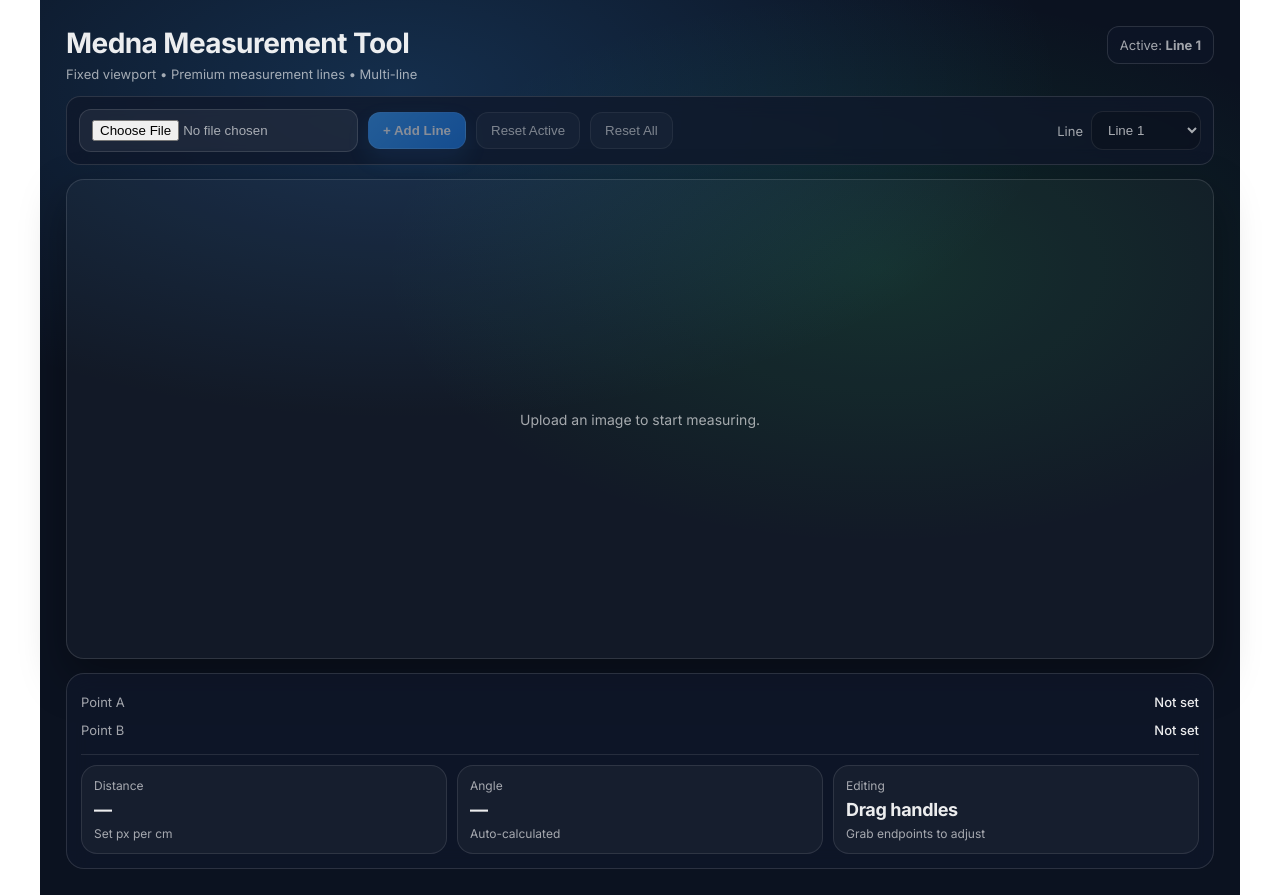
Repository: Sumaiya43/medna-tools
Page: /
An editor plug-in stored every save of this project. The page is shown before and after the next save, followed by the edit.
The browser window is 1280 px wide. The pictures show the whole page.
The project was rebuilt for these pictures with package versions that can differ from the ones it lists, and the page was loaded fresh each time. The framework's server and built-in components were replaced by stand-ins that run in the browser. Also part of the build but not shown: next.config.mjs.

Above is the page before, as saved 2026-02-26 16:58:57.

### src/app/layout.js
import { Geist, Geist_Mono } from "next/font/google";
import "./globals.css";

const geistSans = Geist({
  variable: "--font-geist-sans",
  subsets: ["latin"],
});

const geistMono = Geist_Mono({
  variable: "--font-geist-mono",
  subsets: ["latin"],
});

export const metadata = {
  title: "Medna Medical Equipment",
  description:
    "Medna Medical Equipment is a leading provider of high-quality medical equipment and supplies. We offer a wide range of products to meet the needs of healthcare professionals and institutions. Our commitment to excellence and customer satisfaction sets us apart in the industry.",
};

export default function RootLayout({ children }) {
  return (
    <html lang="en">
      <body className={`${geistSans.variable} ${geistMono.variable}`}>
        {children}
      </body>
    </html>
  );
}

### src/app/page.js
"use client";

import { useEffect, useRef, useState } from "react";
import styles from "./page.module.css";

export default function Home() {
  const canvasRef = useRef(null);

  const [imgObj, setImgObj] = useState(null);

  // Multi-line tool
  const [lines, setLines] = useState([{ A: null, B: null }]);
  const [activeIndex, setActiveIndex] = useState(0);

  // Drag: which line + which point
  const [drag, setDrag] = useState({ lineIndex: null, point: null });

  // Calibration (px per 1 cm)
  const [pxPerCm, setPxPerCm] = useState(100);

  // View transform for "fit image into fixed canvas"
  // scale + offsets tell us how image is drawn inside the canvas
  const viewRef = useRef({ scale: 1, offX: 0, offY: 0, drawW: 0, drawH: 0 });

  const dotSize = 9; // handles
  const grabPadding = 10; // easy to grab

  // -------- Helpers --------
  function dist(p1, p2) {
    const dx = p1.x - p2.x;
    const dy = p1.y - p2.y;
    return Math.sqrt(dx * dx + dy * dy);
  }

  function hitTest(point, dotCenter) {
    if (!dotCenter) return false;
    return dist(point, dotCenter) <= dotSize + grabPadding;
  }

  function lineColor(i) {
    const colors = ["#3AA0FF", "#22C55E", "#F97316", "#A855F7", "#EF4444"];
    return colors[i % colors.length];
  }

  // Convert mouse position (canvas space) -> image space
  function canvasToImagePoint(e) {
    const canvas = canvasRef.current;
    const rect = canvas.getBoundingClientRect();

    // mouse in CSS pixels
    const cx = e.clientX - rect.left;
    const cy = e.clientY - rect.top;

    const { scale, offX, offY } = viewRef.current;

    // image coords = (canvas coords - offset) / scale
    const x = (cx - offX) / scale;
    const y = (cy - offY) / scale;

    return { x, y };
  }

  // Clamp point to image bounds (so user can’t drag outside)
  function clampToImage(p) {
    if (!imgObj) return p;
    return {
      x: Math.max(0, Math.min(imgObj.width, p.x)),
      y: Math.max(0, Math.min(imgObj.height, p.y)),
    };
  }

  // -------- Drawing --------
  function drawAll() {
    const canvas = canvasRef.current;
    if (!canvas || !imgObj) return;

    const ctx = canvas.getContext("2d");
    if (!ctx) return;

    // Fixed viewport size based on CSS box
    const rect = canvas.getBoundingClientRect();
    const dpr = window.devicePixelRatio || 1;

    // Make drawing crisp on retina screens
    canvas.width = Math.round(rect.width * dpr);
    canvas.height = Math.round(rect.height * dpr);
    ctx.setTransform(dpr, 0, 0, dpr, 0, 0); // draw using CSS pixel units

    // Background (premium)
    ctx.clearRect(0, 0, rect.width, rect.height);
    ctx.fillStyle = "#0b1220";
    ctx.fillRect(0, 0, rect.width, rect.height);

    // Fit image into canvas (contain)
    const scale = Math.min(
      rect.width / imgObj.width,
      rect.height / imgObj.height,
    );
    const drawW = imgObj.width * scale;
    const drawH = imgObj.height * scale;
    const offX = (rect.width - drawW) / 2;
    const offY = (rect.height - drawH) / 2;

    // Save transform for click mapping
    viewRef.current = { scale, offX, offY, drawW, drawH };

    // Draw image (slightly softened)
    ctx.save();
    ctx.globalAlpha = 0.98;
    ctx.drawImage(imgObj, offX, offY, drawW, drawH);
    ctx.restore();

    // Subtle vignette overlay (premium look)
    ctx.save();
    const g = ctx.createRadialGradient(
      rect.width / 2,
      rect.height / 2,
      Math.min(rect.width, rect.height) * 0.2,
      rect.width / 2,
      rect.height / 2,
      Math.min(rect.width, rect.height) * 0.75,
    );
    g.addColorStop(0, "rgba(0,0,0,0)");
    g.addColorStop(1, "rgba(0,0,0,0.35)");
    ctx.fillStyle = g;
    ctx.fillRect(0, 0, rect.width, rect.height);
    ctx.restore();

    // Draw all lines (premium)
    lines.forEach((ln, i) => {
      const { A, B } = ln;
      if (!A || !B) return;

      // Convert image coords -> canvas coords for drawing
      const Ax = offX + A.x * scale;
      const Ay = offY + A.y * scale;
      const Bx = offX + B.x * scale;
      const By = offY + B.y * scale;

      const base = lineColor(i);

      // Glow under-line
      ctx.save();
      ctx.beginPath();
      ctx.moveTo(Ax, Ay);
      ctx.lineTo(Bx, By);
      ctx.lineWidth = 8;
      ctx.lineCap = "round";
      ctx.strokeStyle = base;
      ctx.globalAlpha = 0.18;
      ctx.shadowBlur = 18;
      ctx.shadowColor = base;
      ctx.stroke();
      ctx.restore();

      // Main line with gradient
      ctx.save();
      const grad = ctx.createLinearGradient(Ax, Ay, Bx, By);
      grad.addColorStop(0, "rgba(255,255,255,0.9)");
      grad.addColorStop(0.25, base);
      grad.addColorStop(1, "rgba(255,255,255,0.65)");

      ctx.beginPath();
      ctx.moveTo(Ax, Ay);
      ctx.lineTo(Bx, By);
      ctx.lineWidth = 4;
      ctx.lineCap = "round";
      ctx.strokeStyle = grad;
      ctx.shadowBlur = 6;
      ctx.shadowColor = "rgba(0,0,0,0.35)";
      ctx.stroke();
      ctx.restore();

      // Handles (premium ring)
      drawHandle(ctx, Ax, Ay, i === activeIndex);
      drawHandle(ctx, Bx, By, i === activeIndex);

      // Measurement label bubble (premium)
      const midX = (Ax + Bx) / 2;
      const midY = (Ay + By) / 2;

      const dx = B.x - A.x;
      const dy = B.y - A.y;
      const distancePx = Math.sqrt(dx * dx + dy * dy);
      const angleDeg = (Math.atan2(dy, dx) * 180) / Math.PI;

      const cm = pxPerCm > 0 ? distancePx / pxPerCm : null;
    });

    // If active line has only A (first click), draw a small crosshair at A
    const active = lines[activeIndex];
    if (active?.A && !active?.B) {
      const Ax = offX + active.A.x * scale;
      const Ay = offY + active.A.y * scale;
      drawCrosshair(ctx, Ax, Ay);
    }
  }

  function drawHandle(ctx, x, y, isActive) {
    ctx.save();

    // Outer ring
    ctx.beginPath();
    ctx.arc(x, y, isActive ? 10 : 9, 0, Math.PI * 2);
    ctx.fillStyle = "rgba(255,255,255,0.10)";
    ctx.fill();

    ctx.lineWidth = 2;
    ctx.strokeStyle = isActive
      ? "rgba(255,255,255,0.85)"
      : "rgba(255,255,255,0.55)";
    ctx.stroke();

    // Inner dot
    ctx.beginPath();
    ctx.arc(x, y, isActive ? 4.5 : 4, 0, Math.PI * 2);
    ctx.fillStyle = "rgba(255,255,255,0.9)";
    ctx.fill();

    ctx.restore();
  }

  function drawLabel(ctx, x, y, text, accent) {
    ctx.save();
    ctx.font = "12px Inter, Arial";
    ctx.textBaseline = "middle";

    const padX = 10;
    const padY = 8;
    const textW = ctx.measureText(text).width;
    const boxW = textW + padX * 2;
    const boxH = 28;

    const bx = x - boxW / 2;
    const by = y - 34; // above the line

    // Background bubble
    ctx.fillStyle = "rgba(15, 23, 42, 0.85)";
    ctx.strokeStyle = "rgba(255,255,255,0.18)";
    ctx.lineWidth = 1;

    roundRect(ctx, bx, by, boxW, boxH, 10);
    ctx.fill();
    ctx.stroke();

    // Accent bar
    ctx.fillStyle = accent;
    roundRect(ctx, bx + 6, by + 6, 4, boxH - 12, 4);
    ctx.fill();

    // Text
    ctx.fillStyle = "rgba(255,255,255,0.92)";
    ctx.fillText(text, bx + padX + 6, by + boxH / 2);

    ctx.restore();
  }

  function drawCrosshair(ctx, x, y) {
    ctx.save();
    ctx.strokeStyle = "rgba(255,255,255,0.6)";
    ctx.lineWidth = 1;
    ctx.beginPath();
    ctx.moveTo(x - 12, y);
    ctx.lineTo(x + 12, y);
    ctx.moveTo(x, y - 12);
    ctx.lineTo(x, y + 12);
    ctx.stroke();
    ctx.restore();
  }

  function roundRect(ctx, x, y, w, h, r) {
    const rr = Math.min(r, w / 2, h / 2);
    ctx.beginPath();
    ctx.moveTo(x + rr, y);
    ctx.arcTo(x + w, y, x + w, y + h, rr);
    ctx.arcTo(x + w, y + h, x, y + h, rr);
    ctx.arcTo(x, y + h, x, y, rr);
    ctx.arcTo(x, y, x + w, y, rr);
    ctx.closePath();
  }

  // Redraw whenever lines / activeIndex / image / pxPerCm changes
  useEffect(() => {
    drawAll();
    // eslint-disable-next-line react-hooks/exhaustive-deps
  }, [imgObj, lines, activeIndex, pxPerCm]);

  // -------- Upload --------
  function handleUpload(e) {
    const file = e.target.files?.[0];
    if (!file) return;

    const url = URL.createObjectURL(file);
    const image = new Image();

    image.onload = () => {
      setImgObj(image);
      setLines([{ A: null, B: null }]);
      setActiveIndex(0);
      setDrag({ lineIndex: null, point: null });
    };

    image.src = url;
  }

  // -------- Line actions --------
  function addNewLine() {
    setLines((prev) => [...prev, { A: null, B: null }]);
    setActiveIndex(lines.length);
  }

  function resetActiveLine() {
    setLines((prev) =>
      prev.map((ln, i) => (i === activeIndex ? { A: null, B: null } : ln)),
    );
    setDrag({ lineIndex: null, point: null });
  }

  function resetAllLines() {
    setLines([{ A: null, B: null }]);
    setActiveIndex(0);
    setDrag({ lineIndex: null, point: null });
  }

  // -------- Click to set points (active line) --------
  function handleCanvasClick(e) {
    if (!imgObj) return;
    if (drag.point) return;

    let p = canvasToImagePoint(e);
    p = clampToImage(p);

    setLines((prev) =>
      prev.map((ln, i) => {
        if (i !== activeIndex) return ln;
        if (!ln.A) return { ...ln, A: p };
        if (!ln.B) return { ...ln, B: p };
        return ln; // after A and B exist, do nothing on click (drag to adjust)
      }),
    );
  }

  // -------- Drag handles (any line) --------
  function handleMouseDown(e) {
    if (!imgObj) return;

    let p = canvasToImagePoint(e);
    p = clampToImage(p);

    // prioritize active line first
    const order = [
      activeIndex,
      ...lines.map((_, i) => i).filter((i) => i !== activeIndex),
    ];

    for (const i of order) {
      const ln = lines[i];
      if (hitTest(p, ln.A)) {
        setDrag({ lineIndex: i, point: "A" });
        setActiveIndex(i);
        return;
      }
      if (hitTest(p, ln.B)) {
        setDrag({ lineIndex: i, point: "B" });
        setActiveIndex(i);
        return;
      }
    }
  }

  function handleMouseMove(e) {
    if (!imgObj) return;
    if (!drag.point) return;

    let p = canvasToImagePoint(e);
    p = clampToImage(p);

    setLines((prev) =>
      prev.map((ln, i) => {
        if (i !== drag.lineIndex) return ln;
        if (drag.point === "A") return { ...ln, A: p };
        return { ...ln, B: p };
      }),
    );
  }

  function handleMouseUp() {
    if (!drag.point) return;
    setDrag({ lineIndex: null, point: null });
  }

  // -------- UI values for active line --------
  const active = lines[activeIndex] || { A: null, B: null };

  let px = null,
    cm = null,
    mm = null,
    ang = null;

  if (active.A && active.B) {
    const dx = active.B.x - active.A.x;
    const dy = active.B.y - active.A.y;
    px = Math.sqrt(dx * dx + dy * dy);
    ang = (Math.atan2(dy, dx) * 180) / Math.PI;

    if (pxPerCm > 0) {
      cm = px / pxPerCm;
      mm = cm * 10;
    }
  }

  return (
    <main className={styles.main}>
      <div className={styles.header}>
        <div>
          <h1 className={styles.title}>Medna Measurement Tool</h1>
          <p className={styles.subtitle}>
            Fixed viewport • Premium measurement lines • Multi-line
          </p>
        </div>

        <div className={styles.badge}>
          Active: <b>Line {activeIndex + 1}</b>
        </div>
      </div>

      <div className={styles.controls}>
        <input
          className={styles.upload}
          type="file"
          accept="image/*"
          onChange={handleUpload}
        />

        <button
          className={styles.btnPrimary}
          onClick={addNewLine}
          disabled={!imgObj}
        >
          + Add Line
        </button>

        <button
          className={styles.btnGhost}
          onClick={resetActiveLine}
          disabled={!imgObj}
        >
          Reset Active
        </button>

        <button
          className={styles.btnGhost}
          onClick={resetAllLines}
          disabled={!imgObj}
        >
          Reset All
        </button>

        <div className={styles.spacer} />

        {/* <label className={styles.label}>
          px / 1 cm
          <input
            className={styles.smallInput}
            type="number"
            min="1"
            step="1"
            value={pxPerCm}
            onChange={(e) => setPxPerCm(Number(e.target.value))}
            disabled={!imgObj}
          />
        </label> */}

        <label className={styles.label}>
          Line
          <select
            className={styles.smallInput}
            value={activeIndex}
            onChange={(e) => setActiveIndex(Number(e.target.value))}
            disabled={!imgObj}
          >
            {lines.map((_, i) => (
              <option key={i} value={i}>
                Line {i + 1}
              </option>
            ))}
          </select>
        </label>
      </div>

      <div className={styles.canvasShell}>
        <canvas
          ref={canvasRef}
          className={styles.canvas}
          onClick={handleCanvasClick}
          onMouseDown={handleMouseDown}
          onMouseMove={handleMouseMove}
          onMouseUp={handleMouseUp}
          onMouseLeave={handleMouseUp}
        />
        {!imgObj && (
          <div className={styles.empty}>
            Upload an image to start measuring.
          </div>
        )}
      </div>

      <div className={styles.panel}>
        <div className={styles.panelRow}>
          <span className={styles.k}>Point A</span>
          <span className={styles.v}>
            {active.A
              ? `${active.A.x.toFixed(1)}, ${active.A.y.toFixed(1)}`
              : "Not set"}
          </span>
        </div>
        <div className={styles.panelRow}>
          <span className={styles.k}>Point B</span>
          <span className={styles.v}>
            {active.B
              ? `${active.B.x.toFixed(1)}, ${active.B.y.toFixed(1)}`
              : "Not set"}
          </span>
        </div>

        <div className={styles.divider} />

        <div className={styles.panelGrid}>
          <div className={styles.card}>
            <div className={styles.cardLabel}>Distance</div>
            <div className={styles.cardValue}>
              {px ? `${px.toFixed(1)} px` : "—"}
            </div>
            <div className={styles.cardSub}>
              {cm !== null
                ? `${cm.toFixed(2)} cm / ${mm.toFixed(1)} mm`
                : "Set px per cm"}
            </div>
          </div>

          <div className={styles.card}>
            <div className={styles.cardLabel}>Angle</div>
            <div className={styles.cardValue}>
              {ang !== null ? `${ang.toFixed(1)}°` : "—"}
            </div>
            <div className={styles.cardSub}>Auto-calculated</div>
          </div>

          <div className={styles.card}>
            <div className={styles.cardLabel}>Editing</div>
            <div className={styles.cardValue}>Drag handles</div>
            <div className={styles.cardSub}>Grab endpoints to adjust</div>
          </div>
        </div>
      </div>
    </main>
  );
}

### src/app/globals.css
:root {
  --background: #ffffff;
  --foreground: #171717;
}

@media (prefers-color-scheme: dark) {
  :root {
    --background: #f2efef;
    --foreground: #090808;
  }
}

html,
body {
  max-width: 100vw;
  overflow-x: hidden;
}

body {
  color: var(--foreground);
  background: var(--background);
  font-family: Arial, Helvetica, sans-serif;
  -webkit-font-smoothing: antialiased;
  -moz-osx-font-smoothing: grayscale;
}

* {
  box-sizing: border-box;
  padding: 0;
  margin: 0;
}

a {
  color: inherit;
  text-decoration: none;
}

@media (prefers-color-scheme: dark) {
  html {
    color-scheme: dark;
  }
}

Loaded but not shown: src/app/page.module.css (261 lines, source omitted)

After the next save:
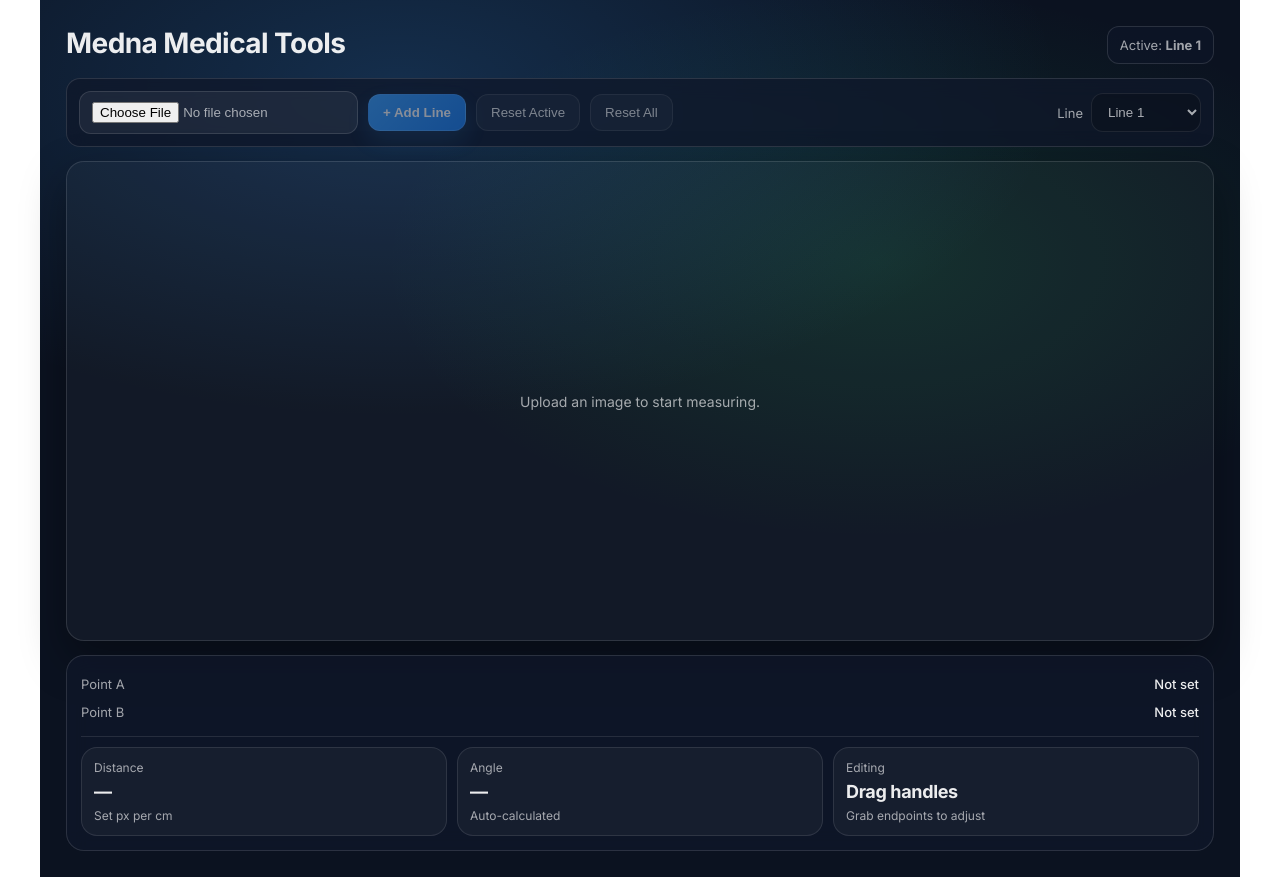
Saved 4 min 12 s later.
--- a/src/app/page.js
+++ b/src/app/page.js
@@ -413,10 +413,10 @@
     <main className={styles.main}>
       <div className={styles.header}>
         <div>
-          <h1 className={styles.title}>Medna Measurement Tool</h1>
-          <p className={styles.subtitle}>
+          <h1 className={styles.title}>Medna Medical Tools</h1>
+          {/* <p className={styles.subtitle}>
             Fixed viewport • Premium measurement lines • Multi-line
-          </p>
+          </p> */}
         </div>
 
         <div className={styles.badge}>

After the save that followed:
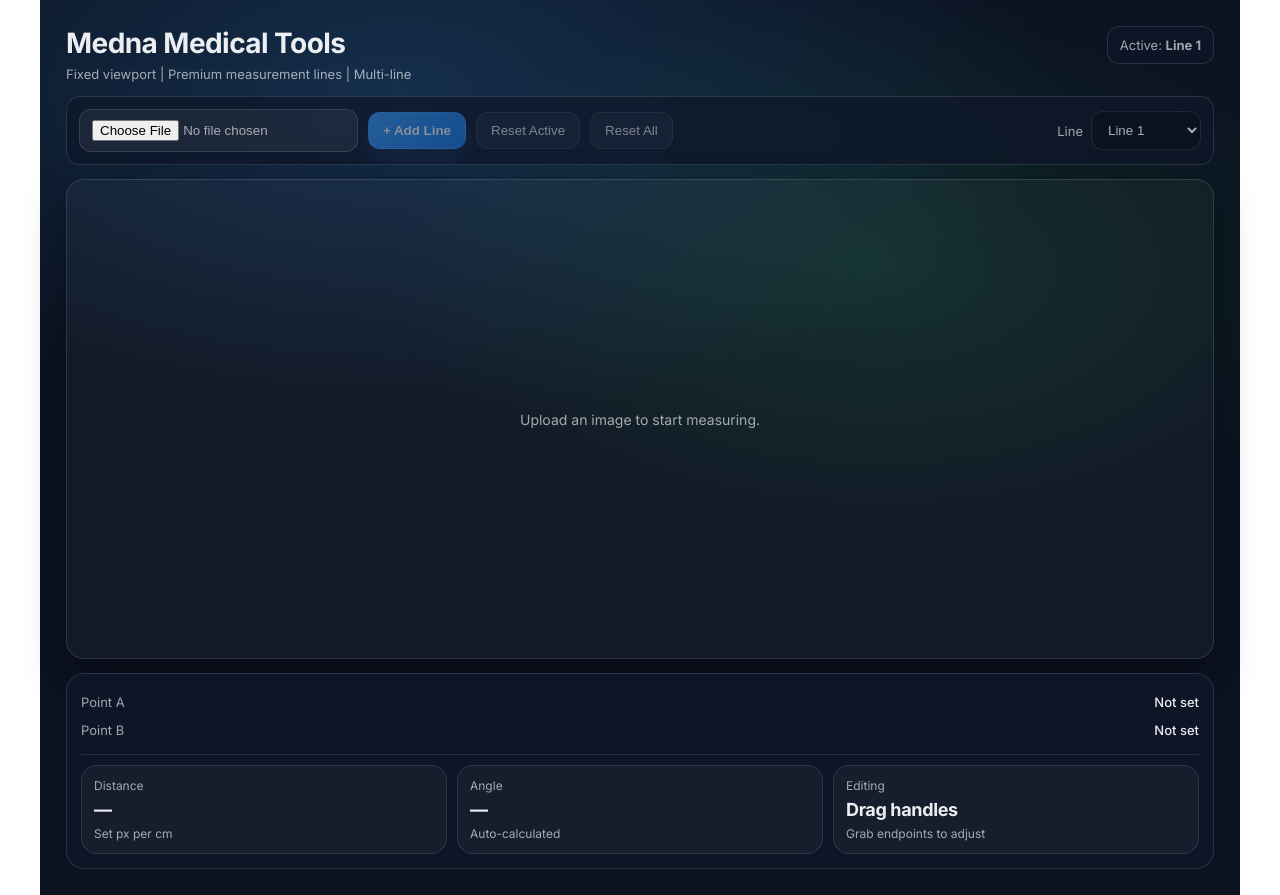
Saved 46 s later.
--- a/src/app/page.js
+++ b/src/app/page.js
@@ -414,9 +414,9 @@
       <div className={styles.header}>
         <div>
           <h1 className={styles.title}>Medna Medical Tools</h1>
-          {/* <p className={styles.subtitle}>
-            Fixed viewport • Premium measurement lines • Multi-line
-          </p> */}
+          <p className={styles.subtitle}>
+            Fixed viewport | Premium measurement lines | Multi-line
+          </p>
         </div>
 
         <div className={styles.badge}>
